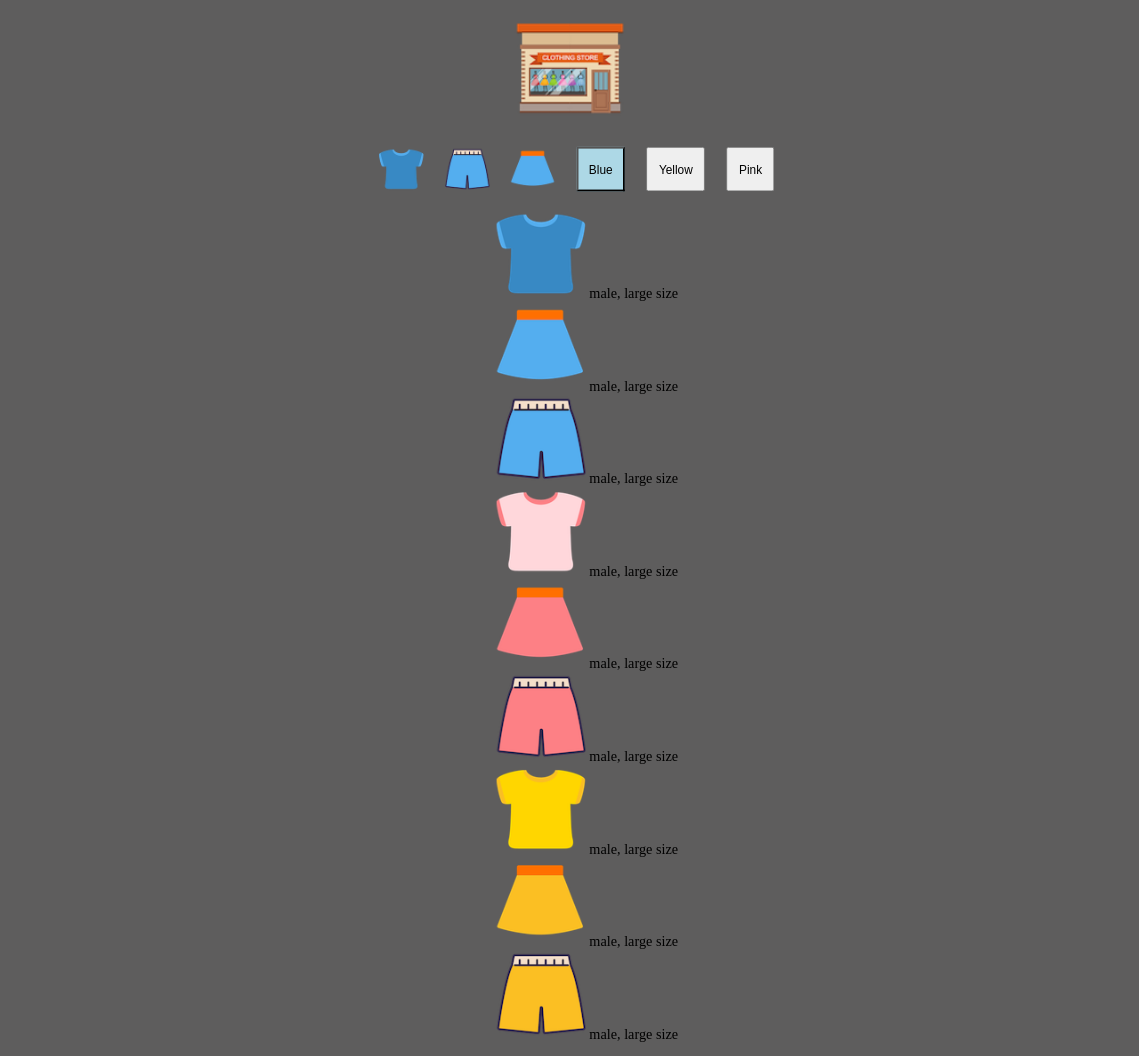
Repository: keehoonjung/Shoppingmall-Game
Page: index.html
The author's editor kept a copy of each file at every save. The page is drawn from the files as they stood at one save, then again after the next save.
The browser window is 1280 px wide. The pictures show the whole page, at 89% of full size.

Above is the page before, as saved 2021-08-12 13:35:44.

### index.html
<!DOCTYPE html>
<html lang="en">
<head>
    <meta charset="UTF-8">
    <meta http-equiv="X-UA-Compatible" content="IE=edge">
    <meta name="viewport" content="width=device-width, initial-scale=1.0">
    <title>Shoppingamll Game</title>
    <link rel="stylesheet" href="style.css">
    <script src="main.js" defer></script>
</head>
<body>
    <header>
        <img src="./imgs/logo.png" alt="header" class="header__logo">
    </header>
    <ul class="filter">
        <li class="filter__btn">
            <img src="./imgs/blue_t.png" alt="shirt" class="shirt">
        </li>
        <li class="filter__btn">
            <img src="./imgs/blue_p.png" alt="pants" class="pants">
        </li>
        <li class="filter__btn">
            <img src="./imgs/blue_s.png" alt="" class="skirts">
        </li>
        <li class="filter__btn">
            <button class="blue">
                Blue
            </button>
        </li>
        <li class="filter__btn">
            <button class="yellow">
                Yellow
            </button>
        </li>
        <li class="filter__btn">
            <button class="pink">
                Pink
            </button>
        </li>
    </ul>
    <ul class="items">
        <li class="item">
            <img src="./imgs/blue_t.png" alt="blueshirt">
            <span>male, large size</span>
        </li>
        <li class="item">
            <img src="./imgs/blue_s.png" alt="blueshirt">
            <span>male, large size</span>
        </li>
        <li class="item">
            <img src="./imgs/blue_p.png" alt="blueshirt">
            <span>male, large size</span>
        </li>
        <li class="item">
            <img src="./imgs/pink_t.png" alt="blueshirt">
            <span>male, large size</span>
        </li>
        <li class="item">
            <img src="./imgs/pink_s.png" alt="blueshirt">
            <span>male, large size</span>
        </li>
        <li class="item">
            <img src="./imgs/pink_p.png" alt="blueshirt">
            <span>male, large size</span>
        </li>
        <li class="item">
            <img src="./imgs/yellow_t.png" alt="blueshirt">
            <span>male, large size</span>
        </li>
        <li class="item">
            <img src="./imgs/yellow_s.png" alt="blueshirt">
            <span>male, large size</span>
        </li>
        <li class="item">
            <img src="./imgs/yellow_p.png" alt="blueshirt">
            <span>male, large size</span>
        </li>
    </ul>
</body>
</html>

### style.css
* {
  box-sizing: border-box;
}

body {
  background-color: rgb(94, 93, 93);
  text-align: center;
  margin: 0;
}

ul {
  list-style: none;
}

button {
  border: none
  border-radius: 6px;
  display: inline-block;
  height: 50px;
  padding: 16px 12px;
}

header {
  margin-top: 20px;
}

.header__logo {
  width: 125px;
}

.filter {
  display: flex;
  justify-content: center;
}

.filter__btn {
  padding-right: 24px;
}

.filter__btn img {
  height: 50px;
}

.blue {
  background-color: lightblue;
}

Loaded but not shown: main.js (no copy from this time; the picture is the same without it)

After the next save:
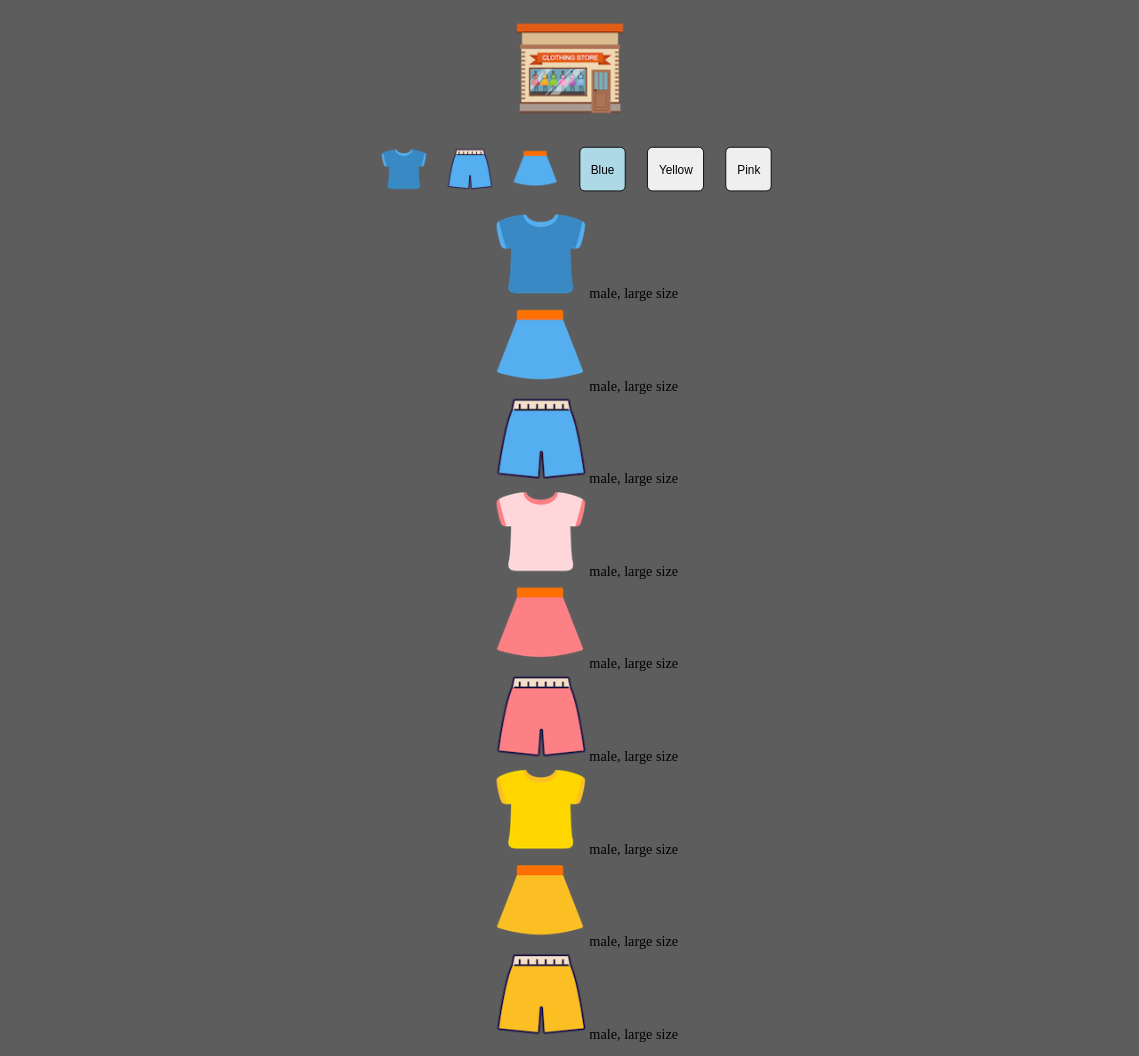
Saved 4 s later.
--- a/style.css
+++ b/style.css
@@ -13,7 +13,7 @@ ul {
 }
 
 button {
-  border: none
+  border: 1px solid black;
   border-radius: 6px;
   display: inline-block;
   height: 50px;
